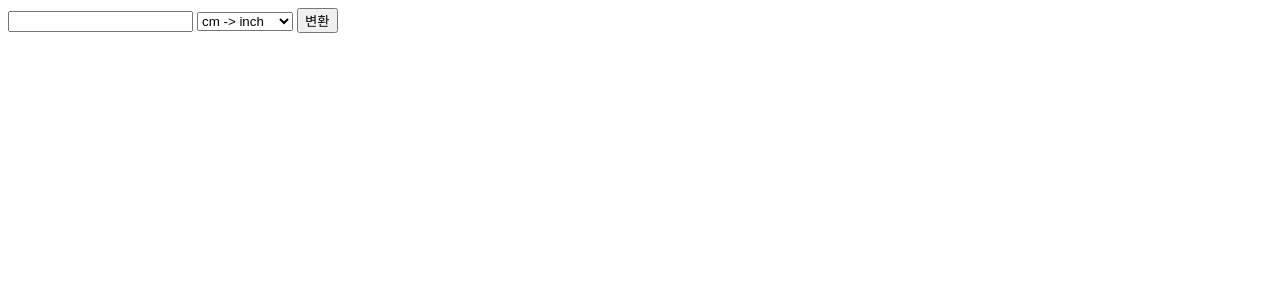
Repository: JooGit12/JavaJSP
Page: May08_3_MVCPattern/May18_2_JSP/src/main/webapp/ucInput.html
The author's editor kept a copy of each file at every save. The page is drawn from the files as they stood at one save, then again after the next save.
The browser window is 1280 px wide. The pictures show the whole page.

Above is the page before, as saved 2023-05-18 05:50:05.

After the next save:
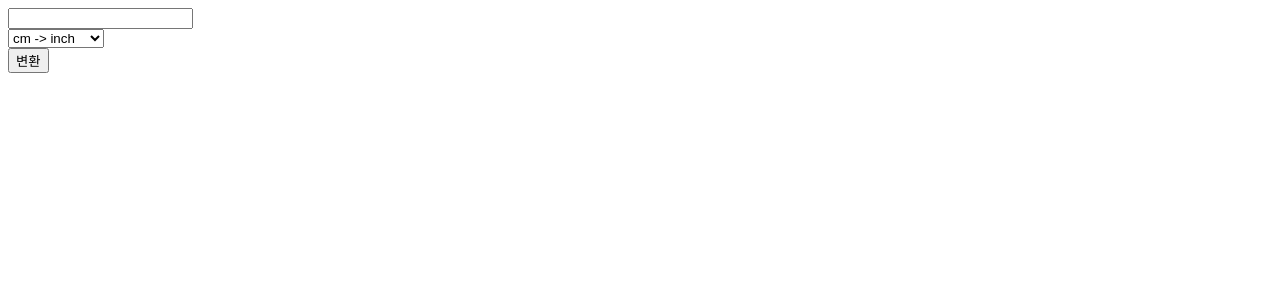
Saved 5 s later.
--- a/May08_3_MVCPattern/May18_2_JSP/src/main/webapp/ucInput.html
+++ b/May08_3_MVCPattern/May18_2_JSP/src/main/webapp/ucInput.html
@@ -6,13 +6,13 @@
 </head>
 <body>
 	<form action="ucOutput.jsp">
-		<input name="no">
+		<input name="no"><br>
 		<select name="what">
 			<option>cm -> inch</option>
 			<option>㎥ -> 평</option>
 			<option>℃ -> ℉</option>
 			<option>km/h -> mi/h</option>
-		</select>
+		</select><br>
 		<button>변환</button>
 	</form>
 </body>
